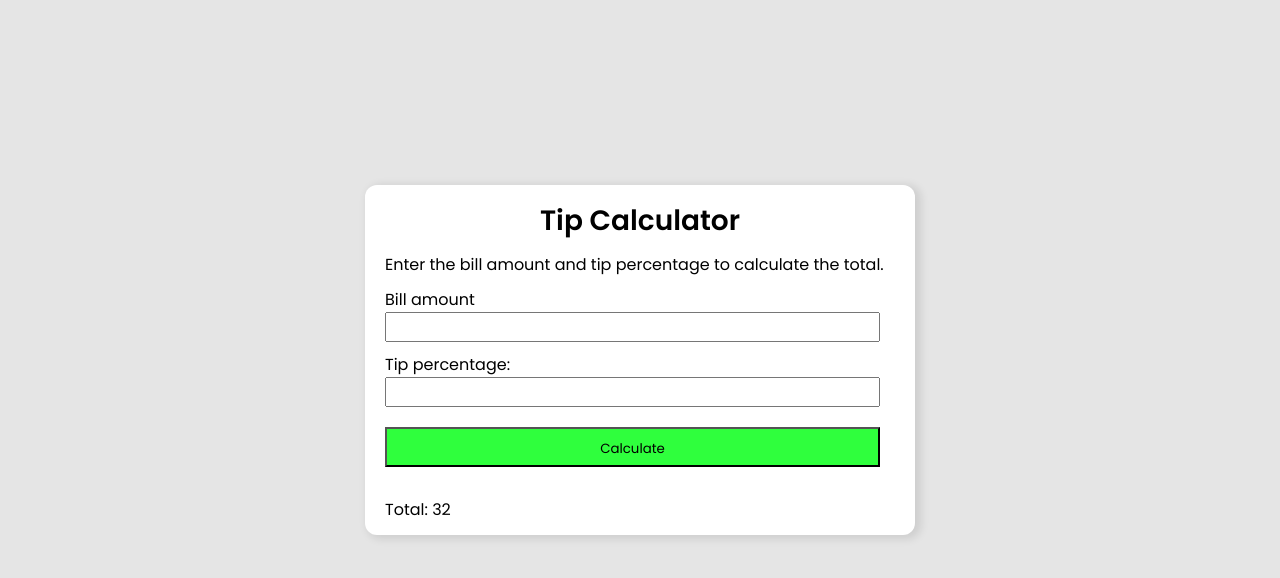
Repository: Ankitkr2021/Tip-Calculator
Page: index.html
These files come from the project's save history. The page is drawn as it stood at one moment and after the next save; the edit follows.
The browser window is 1280 px wide. The pictures show the whole page.

Above is the page before, as saved 2025-10-27 10:57:05.

After the next save:
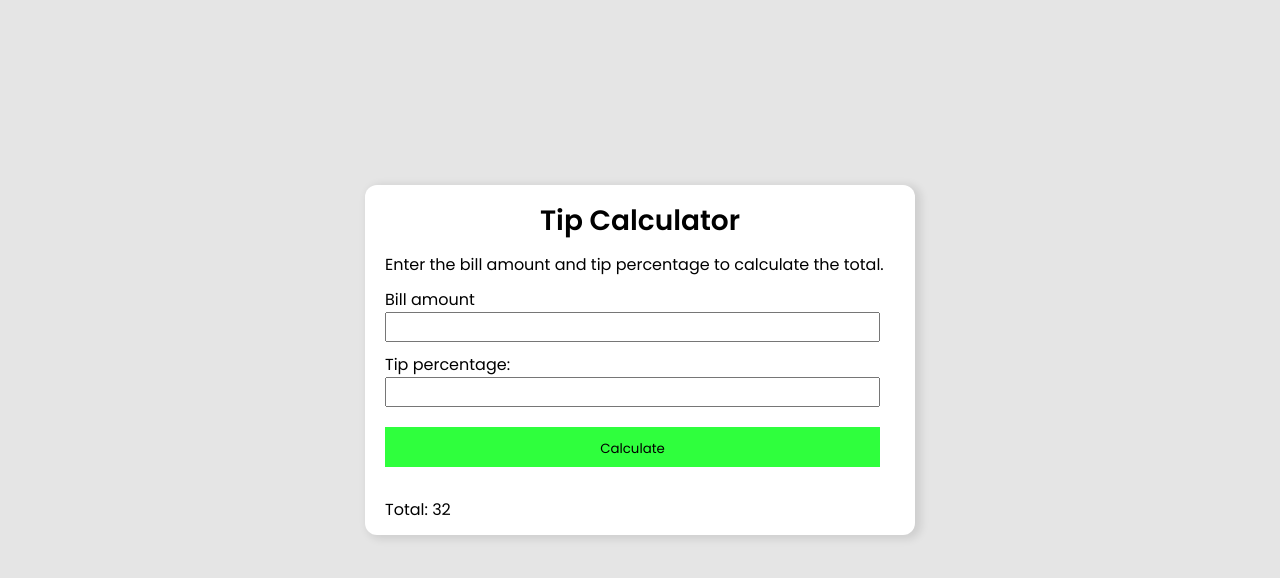
Saved 18 s later.
--- a/style.css
+++ b/style.css
@@ -48,5 +48,6 @@ button {
     width: 90%;
     margin: 20px;
     height: 40px;
-    background-color: rgb(47, 255, 61);
+    background: rgb(47, 255, 61);
+    border: none;
 }
